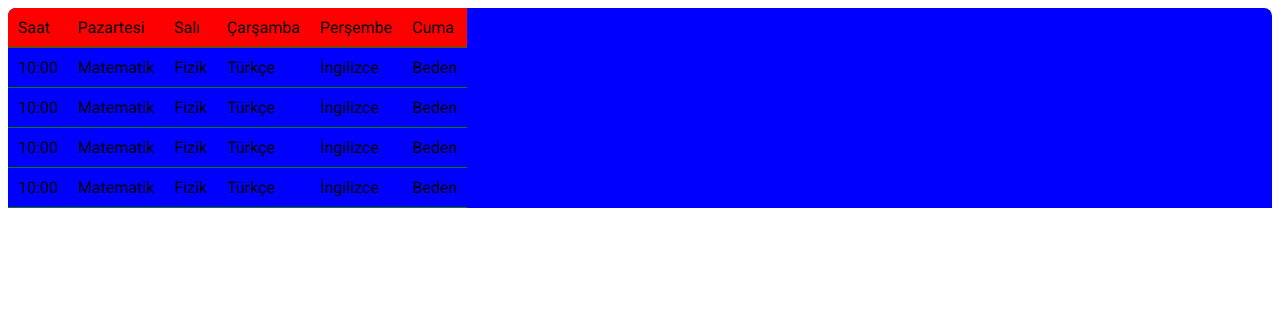
Repository: ahmetbugraozcan/css-ders-programi
Page: deneme2.html
An editor plug-in stored every save of this project. The page is shown before and after a run of saves, followed by the edit.
The browser window is 1280 px wide. The pictures show the whole page.

Above is the page before, as saved 2021-07-10 14:38:39.

### deneme2.html
<!DOCTYPE html>
<html>

<head>
    <link href='http://fonts.googleapis.com/css?family=Roboto' rel='stylesheet' type='text/css'>
    <style>
        * {
            box-sizing: border-box;
        }

        body {
            font-family: 'Roboto', sans-serif;

        }

        .head {
            background-color: red;

        }

        .row {
            border-radius: 8px 8px 0 0;
            overflow: hidden;
height: 200px;
            display: flex;
            flex-direction: row;
            background-color: blue;

        }

        .row>div>div {
            border-bottom: 1px solid green;

        }

        .row>div>div,
        .head {
            padding: 10px;
        }
    </style>
</head>

<body>
    <div class="row">
        <div>
            <div class="head"> Saat</div>
            <div>10:00</div>
            <div>10:00</div>
            <div>10:00</div>
            <div>10:00</div>
            <div>10:00</div>
            <div>10:00</div>
        </div>
        <div>
            <div class="head"> Pazartesi</div>
            <div>Matematik</div>
            <div>Matematik</div>
            <div>Matematik</div>
            <div>Matematik</div>
            <div>Matematik</div>
            <div>Matematik</div>
        </div>
        <div>
            <div class="head">Salı</div>
            <div>Fizik</div>
            <div>Fizik</div>
            <div>Fizik</div>
            <div>Fizik</div>
            <div>Fizik</div>
            <div>Fizik</div>
        </div>
        <div>
            <div class="head">Çarşamba</div>
            <div>Türkçe</div>
            <div>Türkçe</div>
            <div>Türkçe</div>
            <div>Türkçe</div>
            <div>Türkçe</div>
            <div>Türkçe</div>

        </div>
        <div>
            <div class="head">Perşembe</div>
            <div>İngilizce</div>
            <div>İngilizce</div>
            <div>İngilizce</div>
            <div>İngilizce</div>
            <div>İngilizce</div>
            <div>İngilizce</div>
        </div>
        <div>
            <div class="head">Cuma</div>
            <div>Beden</div>
            <div>Beden</div>
            <div>Beden</div>
            <div>Beden</div>
            <div>Beden</div>
            <div>Beden</div>

        </div>
    </div>

</body>

</html>

After the next 2 saves:
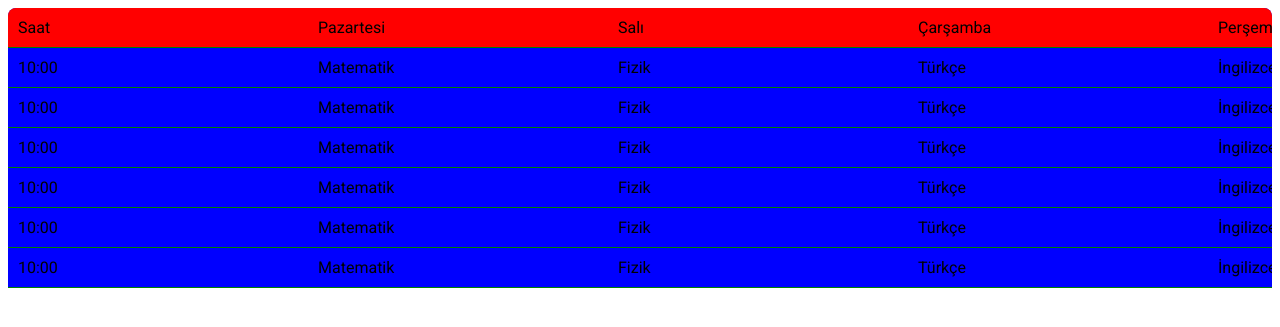
The 2 saves are shown as one change because they came seconds apart.
The last was saved 12 s later.
--- a/deneme2.html
+++ b/deneme2.html
@@ -21,7 +21,6 @@
         .row {
             border-radius: 8px 8px 0 0;
             overflow: hidden;
-height: 200px;
             display: flex;
             flex-direction: row;
             background-color: blue;
@@ -30,6 +29,7 @@ height: 200px;
 
         .row>div>div {
             border-bottom: 1px solid green;
+            width: 300px;
 
         }
 
